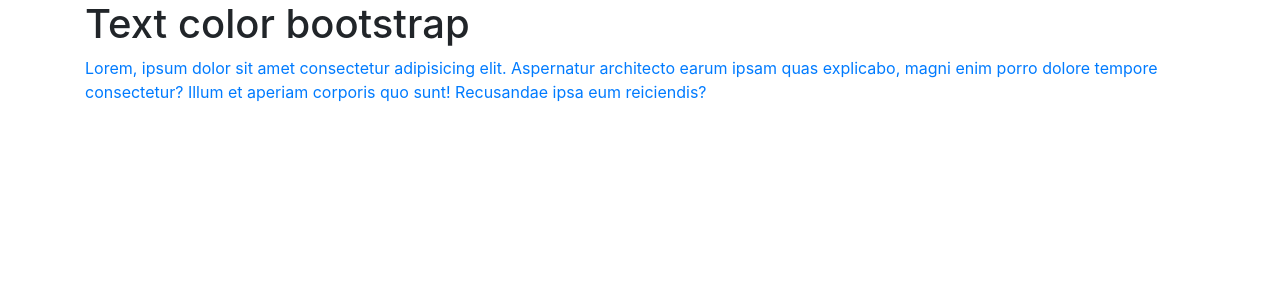
Repository: anhtu2110/front_end
Page: lesson/bootstrap/text-images/3.3-text-color.html
The author's editor kept a copy of each file at every save. The page is drawn from the files as they stood at one save, then again after the next save.
The browser window is 1280 px wide. The pictures show the whole page.

Above is the page before, as saved 2022-12-01 23:24:30.

After the next save:
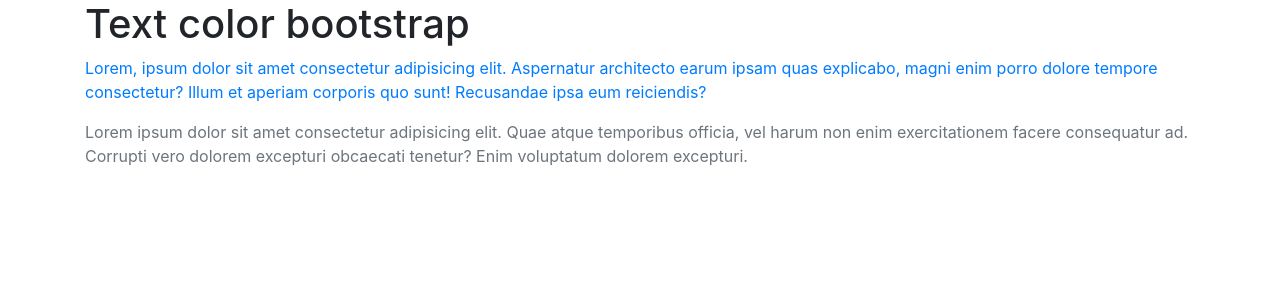
Saved 46 s later.
--- a/lesson/bootstrap/text-images/3.3-text-color.html
+++ b/lesson/bootstrap/text-images/3.3-text-color.html
@@ -18,6 +18,12 @@
             tempore consectetur? Illum et aperiam corporis quo sunt! Recusandae
             ipsa eum reiciendis?
           </p>
+          <p class="text-secondary">
+            Lorem ipsum dolor sit amet consectetur adipisicing elit. Quae atque
+            temporibus officia, vel harum non enim exercitationem facere
+            consequatur ad. Corrupti vero dolorem excepturi obcaecati tenetur?
+            Enim voluptatum dolorem excepturi.
+          </p>
         </div>
       </div>
     </div>
